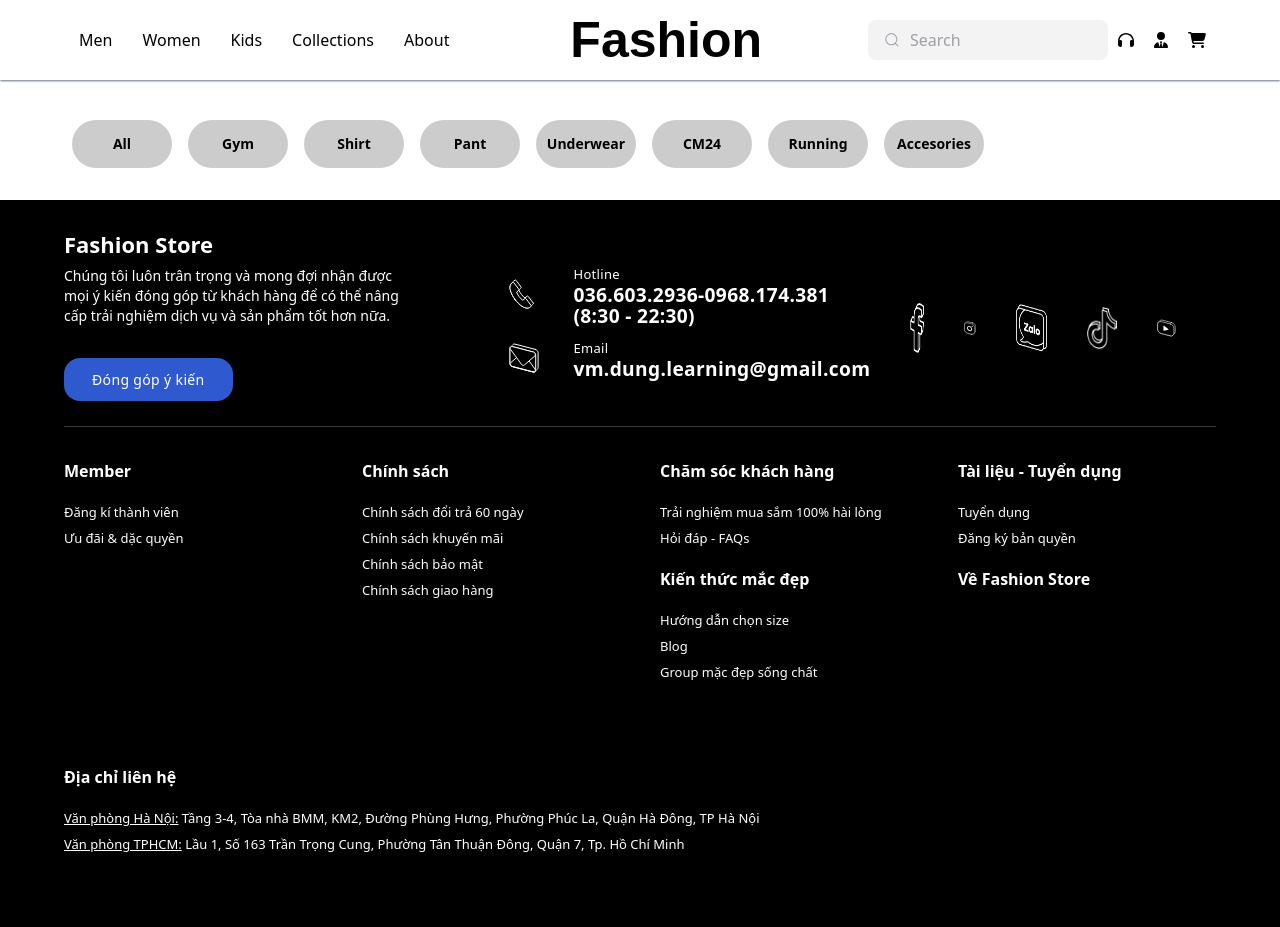
Repository: VuSnow/Software_Engineering
Page: /products
An editor plug-in stored every save of this project. The page is shown before and after the next save, followed by the edit.
The browser window is 1280 px wide. The pictures show the whole page.
The project was rebuilt for these pictures with package versions that can differ from the ones it lists, and the page was loaded fresh each time. The framework's server and built-in components were replaced by stand-ins that run in the browser. Also part of the build but not shown: next.config.js, src/components/cart/CartItem/CartItem.tsx, src/components/cart/Cart.tsx.

Above is the page before, as saved 2023-06-25 10:32:29.

After the next save:
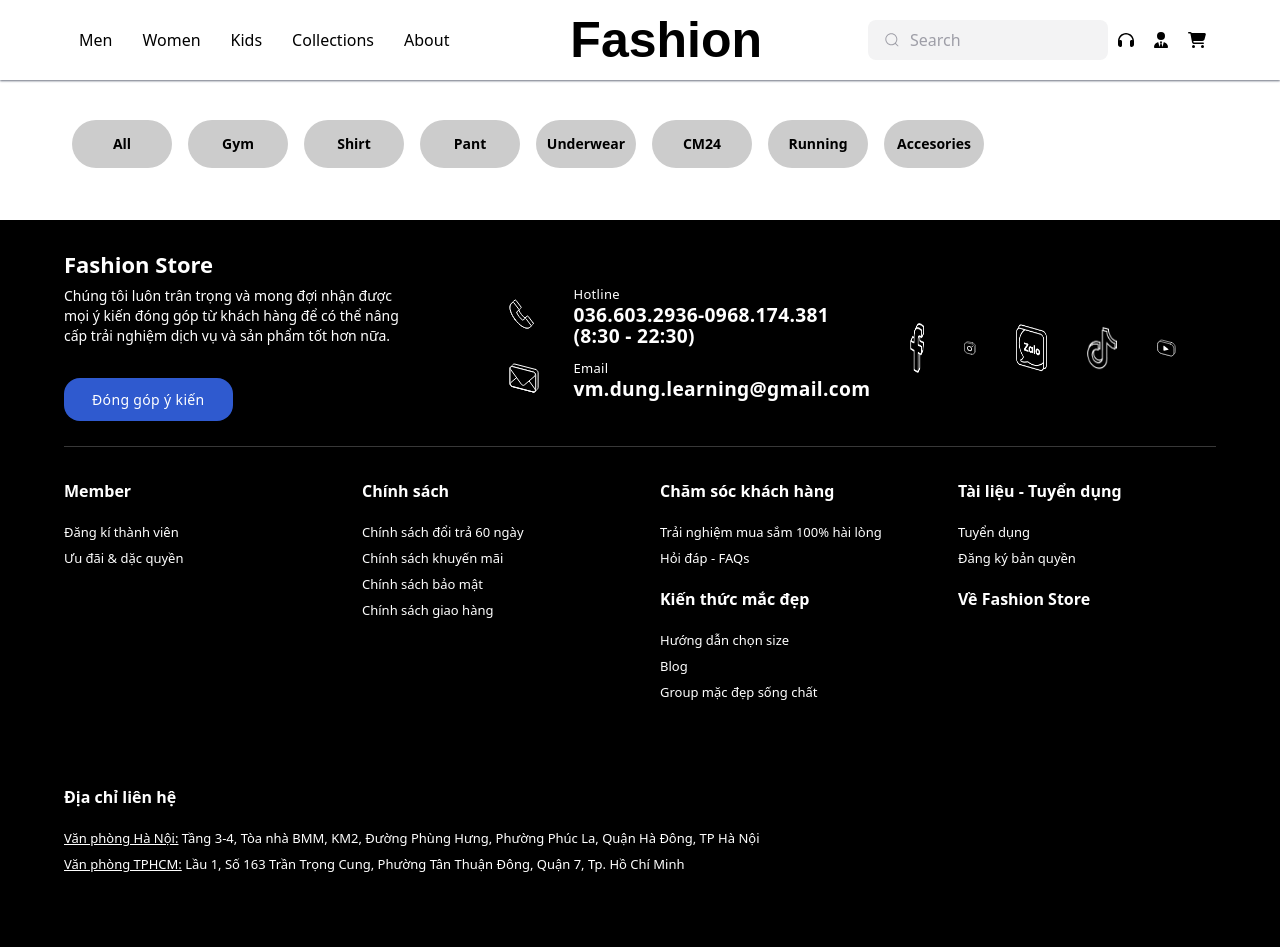
Saved 38 s later.
--- a/src/app/products/page.tsx
+++ b/src/app/products/page.tsx
@@ -6,7 +6,7 @@ const Products = () => {
     <section className="mt-20 px-[5%]">
       <div className="container mt-10">
         <div className="categories-list">
-          <div className="tab-header flex">
+          <div className="tab-header flex mb-5">
             <Link
               href="#"
               className="w-[100px] h-12 bg-[#ccc] flex items-center justify-center flex-col min-w-[100px] rounded-[41px] text-center text-sm my-0 mx-2 font-semibold py-[10px] px-3 flex-wrap-[initial] cursor-pointer"
